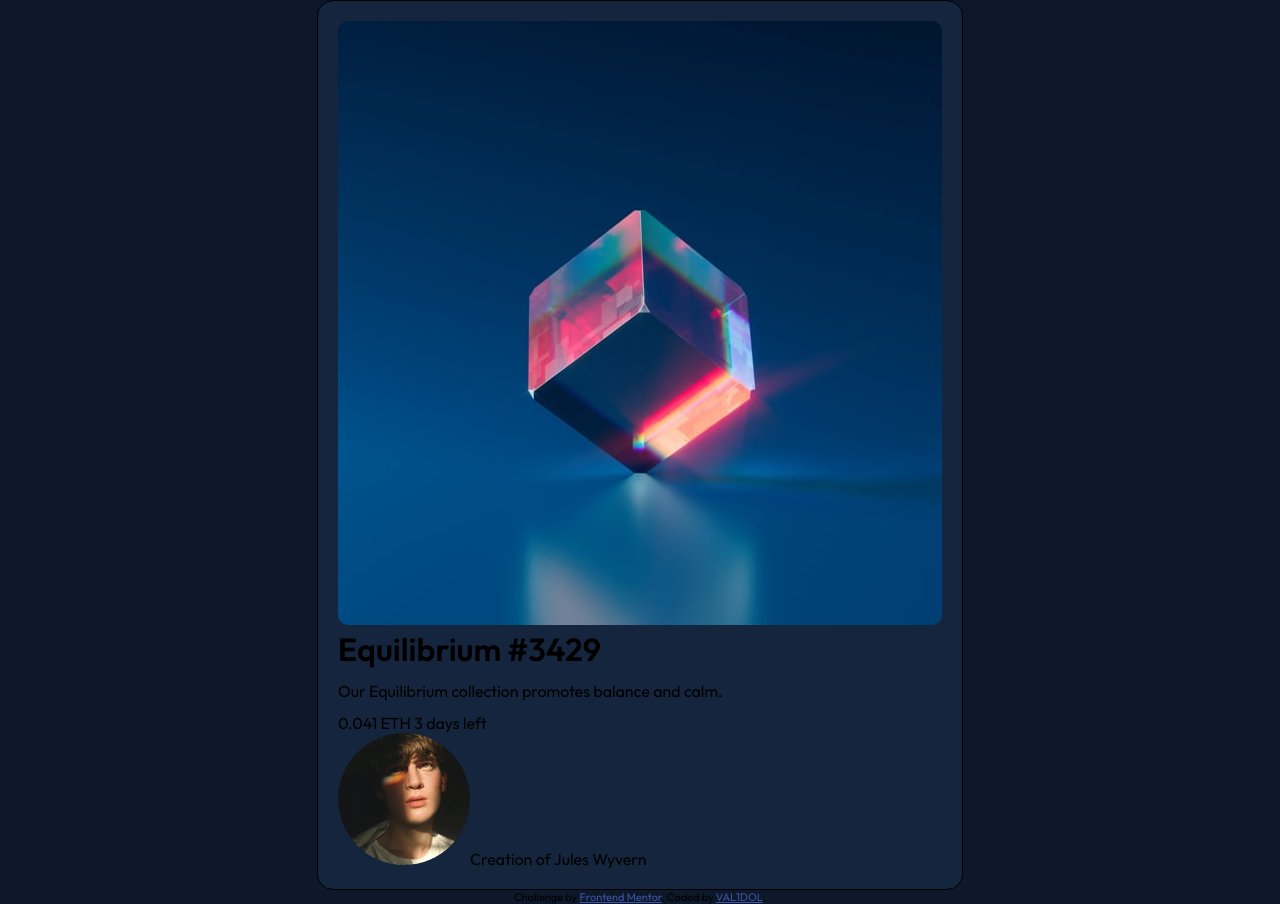
Repository: VAL1DOL-web/fm-NFT-preview-card-component
Page: index.html
An editor plug-in stored every save of this project. The page is shown before and after the next save, followed by the edit.
The browser window is 1280 px wide. The pictures show the whole page.

Above is the page before, as saved 2024-01-07 15:07:19.

### index.html
<!DOCTYPE html>
<html lang="en">
<head>
  <meta charset="UTF-8">
  <meta name="viewport" content="width=device-width, initial-scale=1.0"> <!-- displays site properly based on user's device -->

  <link rel="icon" type="image/png" sizes="32x32" href="./images/favicon-32x32.png">
  <link rel="stylesheet" href="style.css">

  <title>NFT preview card component</title>

  <!-- Feel free to remove these styles or customise in your own stylesheet 👍 -->
  <style>
    .attribution { font-size: 11px; text-align: center; }
    .attribution a { color: hsl(228, 45%, 44%); }
  </style>
</head>
<body>
  <div class="container">
    <div class="imgbox">
      <img src="images/image-equilibrium.jpg" alt="">
    </div>
    <div class="textbox">
      <h1>Equilibrium #3429</h1>
    <p>Our Equilibrium collection promotes balance and calm.</p>
    0.041 ETH
    3 days left
    </div>
    <p class="avatar">
      <img src="/images/image-avatar.png" alt="" />Creation of Jules Wyvern
    </p>
  </div>
  <div class="attribution">
    Challenge by <a href="https://www.frontendmentor.io?ref=challenge" target="_blank">Frontend Mentor</a>.
    Coded by <a href="https://github.com/VAL1DOL-web">VAL1DOL</a>.
  </div>
</body>
</html>

### style.css
@import url('https://fonts.googleapis.com/css2?family=Outfit:wght@300;400;600&display=swap');

* {
    font-family: 'Outfit', sans-serif;
    margin: 0;
    padding: 0;
    box-sizing: border-box;
  }

body {
    width: 100%;
    min-height: 100vh;
    display: flex;
    flex-direction: column;
    justify-content: center;
    align-items: center;
    background: hsl(217, 54%, 11%);
  }
  .container {

    background-color: hsl(216, 50%, 16%);
    border-radius: 16px;
    border: 1px solid;
    padding: 20px;
  }

  .container .imgbox img {
    width: 100%;
    border-radius: 10px;
  }
  .container .textbox {
    display: flex;
    flex-direction: column;
    gap: 12px;
  }

After the next save:
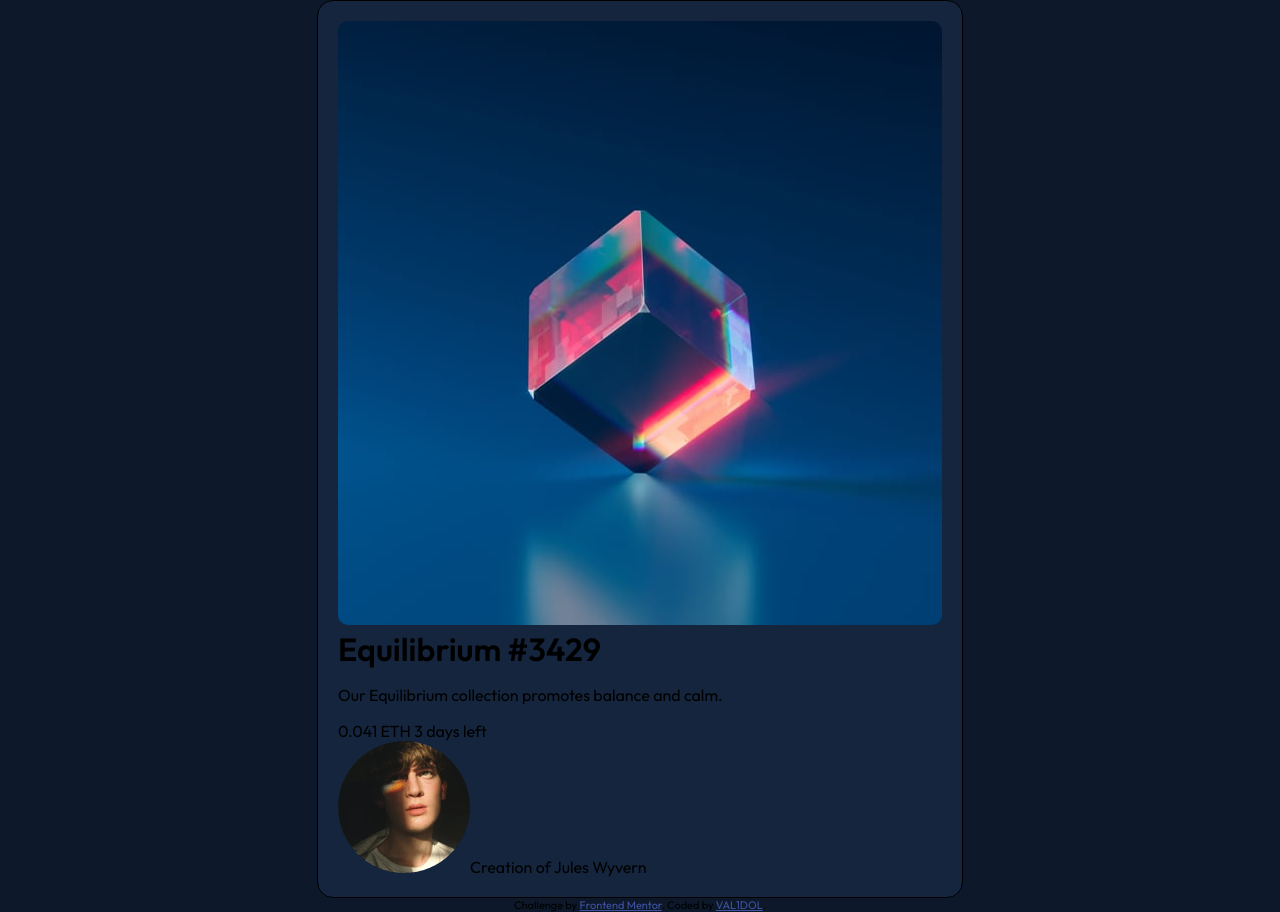
Saved 9 s later.
--- a/style.css
+++ b/style.css
@@ -31,5 +31,5 @@
   .container .textbox {
     display: flex;
     flex-direction: column;
-    gap: 12px;
+    gap: 16px;
   }

After the save that followed:
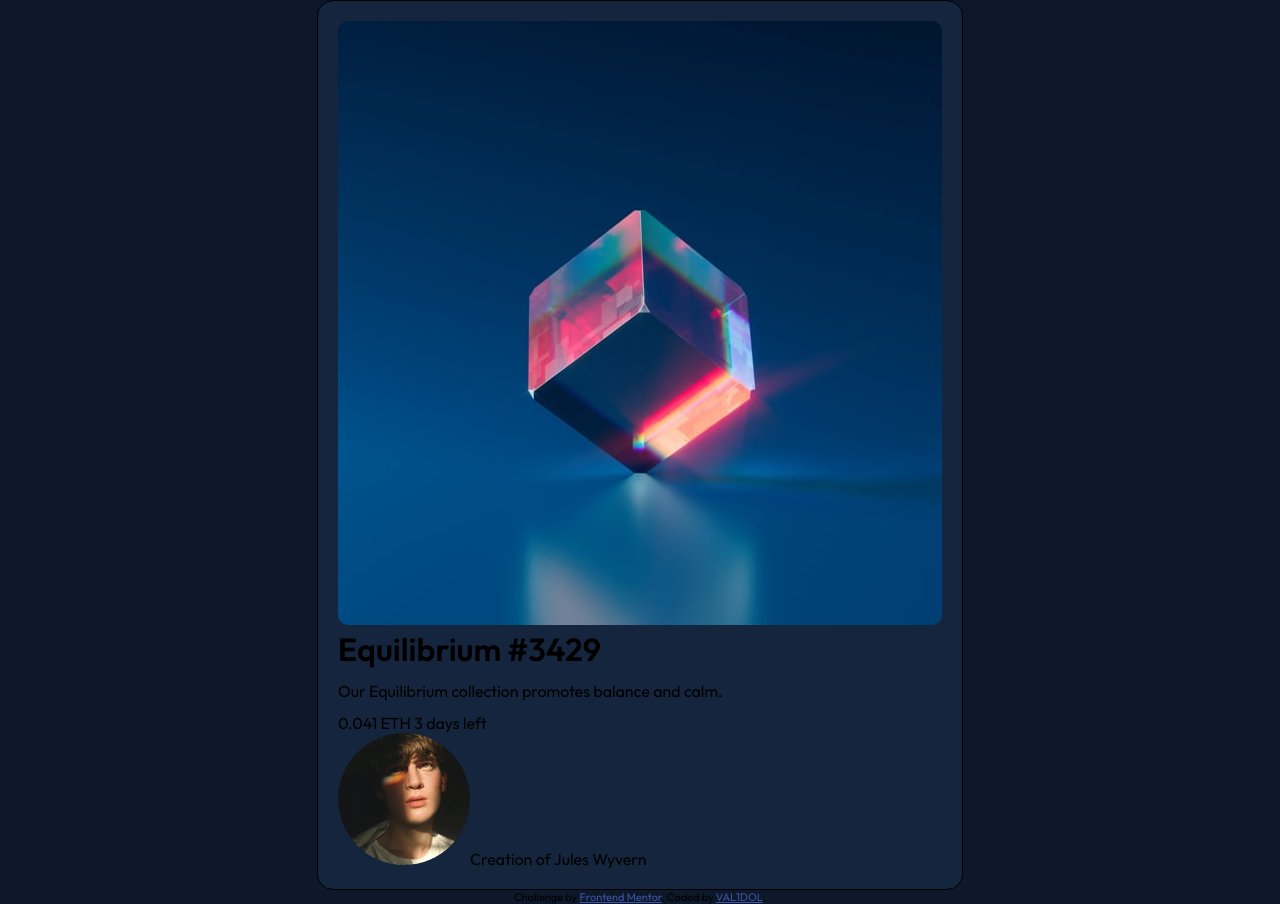
Saved 4 s later.
--- a/style.css
+++ b/style.css
@@ -31,5 +31,5 @@
   .container .textbox {
     display: flex;
     flex-direction: column;
-    gap: 16px;
+    gap: 12px;
   }
